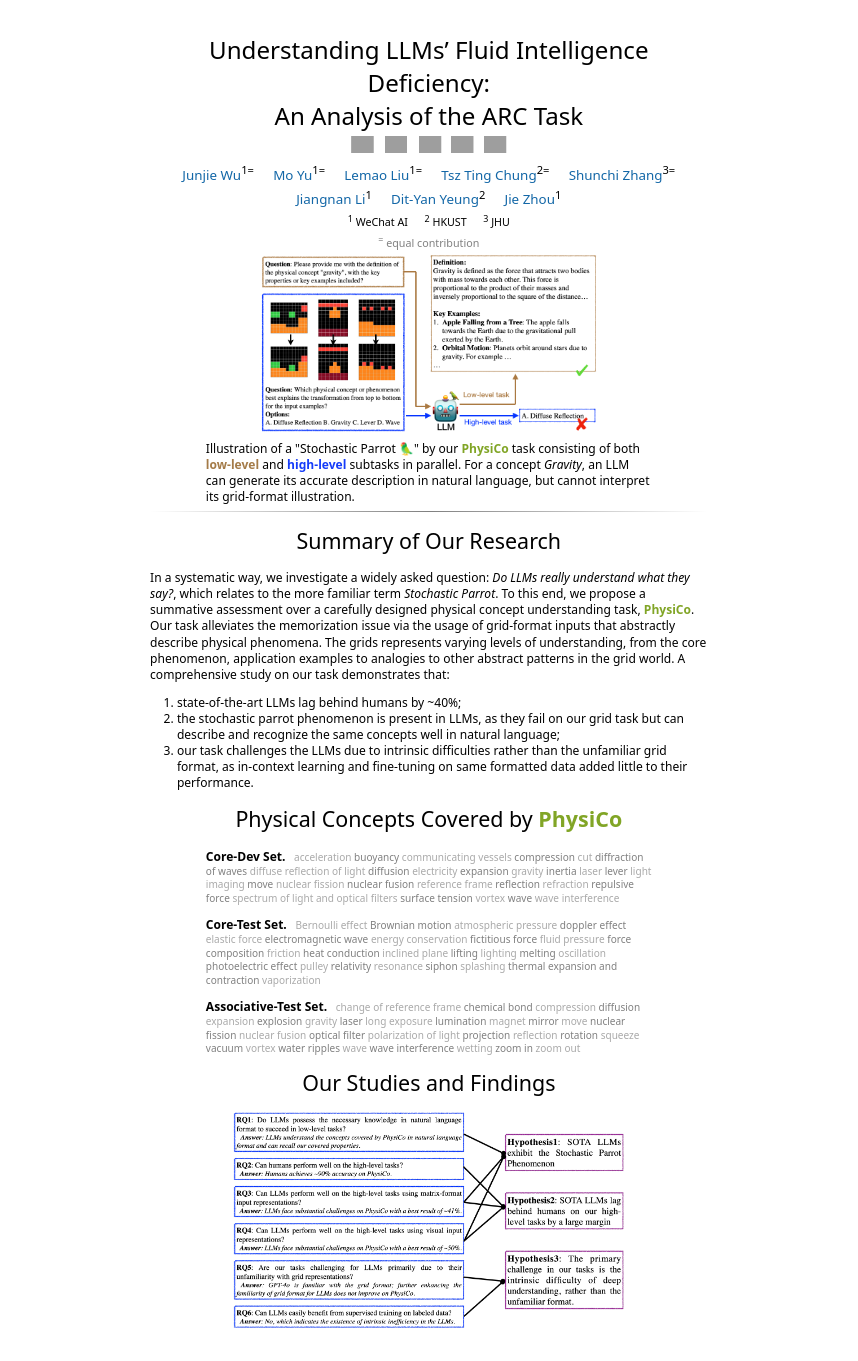
Repository: wujunjie1998/araoc-benchmark.github.io
Page: index.html
An editor plug-in stored every save of this project. The page is shown before and after the next save, followed by the edit.
The browser window is 1280 px wide. The pictures show the whole page, at 67% of full size.
Pictures or frames that could not be fetched are drawn as grey boxes.

Above is the page before, as saved 2025-02-07 21:03:43.

### index.html
<html>
  <head>
    <title>
      Understanding LLMs’ Fluid Intelligence Deficiency: An Analysis of the ARC Task
    </title>
    <link
      rel="icon"
      href="data:[embedded picture, 137 characters]"
    />
    <meta charset="UTF-8" />
    <meta name="viewport" content="width=device-width, initial-scale=1" />
    <link rel="stylesheet" href="./css/index.css" />
  </head>

  <body>
    <div class="header">
      <div class="paper-title">
        Understanding LLMs’ Fluid Intelligence Deficiency:
        <br />
        An Analysis of the ARC Task
      </div>
      <div>
        <!-- * Paper -->
        <span class="link-block">
          <a target="_blank" href="./paper.pdf"
            ><img
              class="badge"
              src="https://img.shields.io/badge/Paper-PDF-red?&labelColor=lightgray&logo=arxiv&logoColor=brown" /><img
          /></a>
        </span>
        <!-- * Dataset -->
        <span class="link-block">
          <a
            target="_blank"
            href="https://huggingface.co/datasets/ShunchiZhang/PhysiCo/"
            ><img
              class="badge"
              src="https://img.shields.io/badge/HuggingFace-Dataset-yellow?labelColor=lightgray&logo=huggingface" /><img
          /></a>
        </span>
        <!-- * Code -->
        <span class="link-block">
          <a target="_blank" href="https://github.com/physico-benchmark/physico"
            ><img
              class="badge"
              src="https://img.shields.io/badge/GitHub-Code-gray?labelColor=lightgray&logo=github&logoColor=gray" /><img /></a
        ></span>
        <!-- * Leaderboard -->
        <span class="link-block">
          <a href="./leaderboard.html"
            ><img
              class="badge"
              src="https://img.shields.io/badge/Leaderboard-Visit-blue?labelColor=lightgray&logo=stackblitz&logoColor=367BAF" /><img /></a
        ></span>
        <!-- * X Threads -->
        <span class="link-block">
          <a href="https://x.com/jieeijjie/status/1876713099752861782"
            ><img
              class="badge"
              src="https://img.shields.io/badge/Threads-black?labelColor=lightgray&logo=x&logoColor=gray" /><img /></a
        ></span>
      </div>
      <div>
        <div class="author-list">
          <span class="author-block"
            ><a href="https://wujunjie1998.github.io/">Junjie Wu</a
            ><sup>1=</sup></span
          >
          <span class="author-block"
            ><a href="https://sites.google.com/site/moyunlp/">Mo Yu</a
            ><sup>1=</sup></span
          >
          <span class="author-block"
            ><a href="https://lemaoliu.github.io/homepage/">Lemao Liu</a
            ><sup>1=</sup></span
          >
          <span class="author-block"
            ><a href="https://ttchungc.github.io/">Tsz Ting Chung</a
            ><sup>2=</sup></span
          >
          <span class="author-block"
            ><a href="https://shunchizhang.github.io">Shunchi Zhang</a
            ><sup>3=</sup></span
          >
        </div>
        <div class="author-list">
          <span class="author-block"
            ><a href="https://openreview.net/profile?id=~Jiangnan_Li2"
              >Jiangnan Li</a
            ><sup>1</sup></span
          >
          <span class="author-block"
            ><a href="https://sites.google.com/view/dyyeung">Dit-Yan Yeung</a
            ><sup>2</sup></span
          >
          <span class="author-block"
            ><a href="https://openreview.net/profile?id=~Jie_Zhou8">Jie Zhou</a
            ><sup>1</sup></span
          >
        </div>
        <div class="inst-list">
          <span class="institution-block"><sup>1</sup> WeChat AI</span>
          <span class="institution-block"><sup>2</sup> HKUST</span>
          <span class="institution-block"><sup>3</sup> JHU</span>
        </div>
        <div class="note-block"><sup>=</sup> equal contribution</div>
      </div>
    </div>

    <div class="teaser">
      <center>
        <img src="./img/teaser.png" />
        <figcaption>
          Illustration of a "Stochastic Parrot 🦜" by our
          <span class="dataset-name">PhysiCo</span> task consisting of both
          <b style="color: #a47b48">low-level</b> and
          <b style="color: #153cf9">high-level</b> subtasks in parallel. For a
          concept <i>Gravity</i>, an LLM can generate its accurate description
          in natural language, but cannot interpret its grid-format
          illustration.
        </figcaption>
      </center>
    </div>

    <hr />

    <!-- ^ Summary of Our Research -->
    <center><h1>Summary of Our Research</h1></center>
    <div class="content">
      <!-- <p style="font-size: large; text-align: center">
        <b>TL;DR:</b>
      </p> -->
      <p>
        In a systematic way, we investigate a widely asked question:
        <i>Do LLMs really understand what they say?</i>, which relates to the
        more familiar term <i>Stochastic Parrot</i>. To this end, we propose a
        summative assessment over a carefully designed physical concept
        understanding task, <span class="dataset-name">PhysiCo</span>. Our task
        alleviates the memorization issue via the usage of grid-format inputs
        that abstractly describe physical phenomena. The grids represents
        varying levels of understanding, from the core phenomenon, application
        examples to analogies to other abstract patterns in the grid world. A
        comprehensive study on our task demonstrates that:
      </p>
      <ol>
        <li>state-of-the-art LLMs lag behind humans by ~40%;</li>
        <li>
          the stochastic parrot phenomenon is present in LLMs, as they fail on
          our grid task but can describe and recognize the same concepts well in
          natural language;
        </li>
        <li>
          our task challenges the LLMs due to intrinsic difficulties rather than
          the unfamiliar grid format, as in-context learning and fine-tuning on
          same formatted data added little to their performance.
        </li>
      </ol>
    </div>

    <!-- ^ Physical Concepts Covered by `PhysiCo` -->
    <center>
      <h1>
        Physical Concepts Covered by <span class="dataset-name">PhysiCo</span>
      </h1>
    </center>
    <div class="content narrower">
      <p>
        <strong>Core-Dev Set.</strong>&ensp;<span style="font-size: smaller">
          <span style="color: darkgray">acceleration</span>
          <span style="color: gray">buoyancy</span>
          <span style="color: darkgray">communicating vessels</span>
          <span style="color: gray">compression</span>
          <span style="color: darkgray">cut</span>
          <span style="color: gray">diffraction of waves</span>
          <span style="color: darkgray">diffuse reflection of light</span>
          <span style="color: gray">diffusion</span>
          <span style="color: darkgray">electricity</span>
          <span style="color: gray">expansion</span>
          <span style="color: darkgray">gravity</span>
          <span style="color: gray">inertia</span>
          <span style="color: darkgray">laser</span>
          <span style="color: gray">lever</span>
          <span style="color: darkgray">light imaging</span>
          <span style="color: gray">move</span>
          <span style="color: darkgray">nuclear fission</span>
          <span style="color: gray">nuclear fusion</span>
          <span style="color: darkgray">reference frame</span>
          <span style="color: gray">reflection</span>
          <span style="color: darkgray">refraction</span>
          <span style="color: gray">repulsive force</span>
          <span style="color: darkgray"
            >spectrum of light and optical filters</span
          >
          <span style="color: gray">surface tension</span>
          <span style="color: darkgray">vortex</span>
          <span style="color: gray">wave</span>
          <span style="color: darkgray">wave interference</span></span
        >
      </p>
      <p>
        <strong>Core-Test Set.</strong>&ensp;<span style="font-size: smaller">
          <span style="color: darkgray">Bernoulli effect</span>
          <span style="color: gray">Brownian motion</span>
          <span style="color: darkgray">atmospheric pressure</span>
          <span style="color: gray">doppler effect</span>
          <span style="color: darkgray">elastic force</span>
          <span style="color: gray">electromagnetic wave</span>
          <span style="color: darkgray">energy conservation</span>
          <span style="color: gray">fictitious force</span>
          <span style="color: darkgray">fluid pressure</span>
          <span style="color: gray">force composition</span>
          <span style="color: darkgray">friction</span>
          <span style="color: gray">heat conduction</span>
          <span style="color: darkgray">inclined plane</span>
          <span style="color: gray">lifting</span>
          <span style="color: darkgray">lighting</span>
          <span style="color: gray">melting</span>
          <span style="color: darkgray">oscillation</span>
          <span style="color: gray">photoelectric effect</span>
          <span style="color: darkgray">pulley</span>
          <span style="color: gray">relativity</span>
          <span style="color: darkgray">resonance</span>
          <span style="color: gray">siphon</span>
          <span style="color: darkgray">splashing</span>
          <span style="color: gray">thermal expansion and contraction</span>
          <span style="color: darkgray">vaporization</span></span
        >
      </p>
      <p>
        <strong>Associative-Test Set.</strong>&ensp;<span
          style="font-size: smaller"
        >
          <span style="color: darkgray">change of reference frame</span>
          <span style="color: gray">chemical bond</span>
          <span style="color: darkgray">compression</span>
          <span style="color: gray">diffusion</span>
          <span style="color: darkgray">expansion</span>
          <span style="color: gray">explosion</span>
          <span style="color: darkgray">gravity</span>
          <span style="color: gray">laser</span>
          <span style="color: darkgray">long exposure</span>
          <span style="color: gray">lumination</span>
          <span style="color: darkgray">magnet</span>
          <span style="color: gray">mirror</span>
          <span style="color: darkgray">move</span>
          <span style="color: gray">nuclear fission</span>
          <span style="color: darkgray">nuclear fusion</span>
          <span style="color: gray">optical filter</span>
          <span style="color: darkgray">polarization of light</span>
          <span style="color: gray">projection</span>
          <span style="color: darkgray">reflection</span>
          <span style="color: gray">rotation</span>
          <span style="color: darkgray">squeeze</span>
          <span style="color: gray">vacuum</span>
          <span style="color: darkgray">vortex</span>
          <span style="color: gray">water ripples</span>
          <span style="color: darkgray">wave</span>
          <span style="color: gray">wave interference</span>
          <span style="color: darkgray">wetting</span>
          <span style="color: gray">zoom in</span>
          <span style="color: darkgray">zoom out</span></span
        >
      </p>
    </div>

    <!-- ^ Our Studies and Findings -->
    <center><h1>Our Studies and Findings</h1></center>
    <div class="content">
      <!-- <p>Foo Bar</p> -->
      <center>
        <img src="./img/rq.png" width="70%" />
        <!-- <figcaption style="text-align: center">
          6 Research Questions (RQs) and 3 Hypotheses
        </figcaption> -->
      </center>
    </div>
  </body>
</html>

### css/index.css
@import url("https://fonts.googleapis.com/css2?family=Noto+Sans:ital,wght@0,100..900;1,100..900&display=swap");

body {
  font-family: "Noto Sans", sans-serif;
  font-optical-sizing: auto;
  font-style: normal;
  font-variation-settings: "wdth" 100;
  font-weight: 400;
  font-size: 18px;
  margin: 50px auto;
  width: 65%;
}

div.header,
div.teaser,
div.content {
  margin-left: auto;
  margin-right: auto;
}

div.narrower {
  width: 80% !important;
}

div.header div {
  margin: 6px;
  text-align: center;
}

div.teaser img {
  max-width: 60%;
}

.paper-title {
  font-size: 36px;
}

.author-block {
  font-size: 20px;
  margin: 0px 12px;
}

.institution-block {
  font-size: 16px;
  margin: 0px 10px;
}

.note-block {
  color: gray;
  font-size: 16px;
}

.link-block {
  font-size: 24px;
  font-weight: bold;
  margin: 0px 5px;
}

.badge {
  width: auto;
  height: 2vw;
}

.dataset-name {
  font-weight: bold;
  color: #81a526;
}

h1 {
  font-size: 32px;
  font-weight: 300;
}

.disclaimerbox {
  background-color: #eee;
  border: 1px solid #eeeeee;
  border-radius: 10px;
  -moz-border-radius: 10px;
  -webkit-border-radius: 10px;
  padding: 20px;
}

video.header-vid {
  height: 140px;
  border: 1px solid black;
  border-radius: 10px;
  -moz-border-radius: 10px;
  -webkit-border-radius: 10px;
}

figcaption {
  margin: 10px 0px;
  width: 80%;
  text-align: left;
}

img.header-img {
  height: 140px;
  border: 1px solid black;
  border-radius: 10px;
  -moz-border-radius: 10px;
  -webkit-border-radius: 10px;
}

img.rounded {
  border: 1px solid #eeeeee;
  border-radius: 10px;
  -moz-border-radius: 10px;
  -webkit-border-radius: 10px;
}

a:link,
a:visited {
  color: #1367a7;
  text-decoration: none;
}
a:hover {
  color: #208799;
}

td.dl-link {
  height: 160px;
  text-align: center;
  font-size: 22px;
}

.vert-cent {
  position: relative;
  top: 50%;
  transform: translateY(-50%);
}

hr {
  border: 0;
  height: 1px;
  background-image: linear-gradient(
    to right,
    rgba(0, 0, 0, 0),
    rgba(0, 0, 0, 0.75),
    rgba(0, 0, 0, 0)
  );
}

.citation {
  text-align: left;
  font-family: monospace;
  font-size: 8pt;
  text-wrap: auto;
}

@media screen and (max-width: 1120px) {
  body {
    font-size: 16px;
    width: 90%;
  }
  div.teaser img {
    max-width: 100%;
  }
  .paper-title {
    font-size: 26px;
  }
  .author-block,
  .institution-block,
  .note-block {
    font-size: 14px;
  }
  .link-block {
    font-size: 20px;
  }
  .badge {
    width: auto;
    height: 28px;
    margin-top: 3px;
    margin-bottom: 3px;
  }
  h1 {
    font-size: 26px;
  }
}

After the next save:
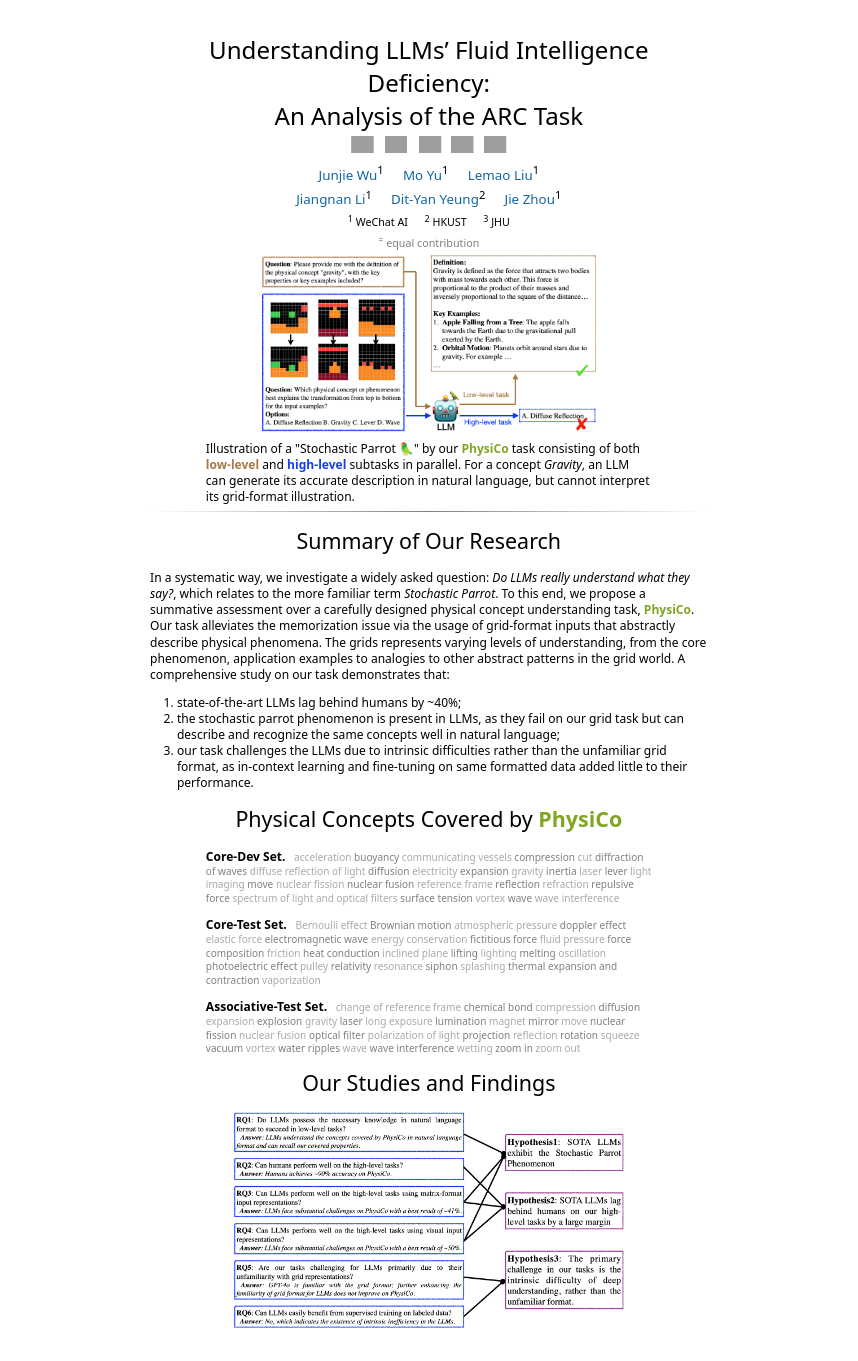
Saved 30 s later.
--- a/index.html
+++ b/index.html
@@ -64,23 +64,15 @@
         <div class="author-list">
           <span class="author-block"
             ><a href="https://wujunjie1998.github.io/">Junjie Wu</a
-            ><sup>1=</sup></span
+            ><sup>1</sup></span
           >
           <span class="author-block"
             ><a href="https://sites.google.com/site/moyunlp/">Mo Yu</a
-            ><sup>1=</sup></span
+            ><sup>1</sup></span
           >
           <span class="author-block"
             ><a href="https://lemaoliu.github.io/homepage/">Lemao Liu</a
-            ><sup>1=</sup></span
-          >
-          <span class="author-block"
-            ><a href="https://ttchungc.github.io/">Tsz Ting Chung</a
-            ><sup>2=</sup></span
-          >
-          <span class="author-block"
-            ><a href="https://shunchizhang.github.io">Shunchi Zhang</a
-            ><sup>3=</sup></span
+            ><sup>1</sup></span
           >
         </div>
         <div class="author-list">
